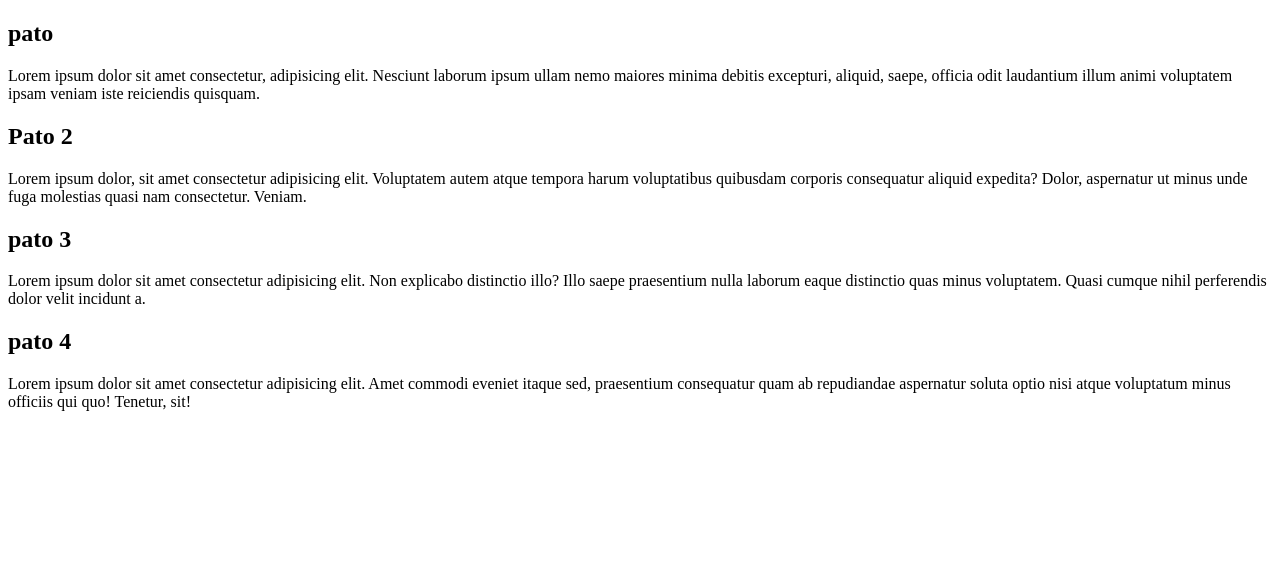
Repository: viviij/Fun-es-Simples-JavaScript
Page: index.html
An editor plug-in stored every save of this project. The page is shown before and after the next save, followed by the edit.
The browser window is 1280 px wide. The pictures show the whole page.

Above is the page before, as saved 2022-08-25 20:34:42.

### index.html
<!DOCTYPE html>
<html lang="ptBR">
  <head>
    <meta charset="UTF-8">
    <meta http-equiv="X-UA-Compatible" content="IE=edge">
    <meta name="viewport" content="width=device-width, initial-scale=1.0">
    <link rel="stylesheet" href="styles.css">
    <title>Prova C3C</title>
  </head>
  <body>
    <div class="container">
      <section class="questao_1">
        <h1>pato</h1>
        <p>Lorem ipsum dolor sit amet consectetur, adipisicing elit. Nesciunt laborum ipsum ullam nemo maiores minima debitis excepturi, aliquid, saepe, officia odit laudantium illum animi voluptatem ipsam veniam iste reiciendis quisquam.</p>
      </section>

      <section class="questao_2">
        <h1>Pato 2</h1>
        <p>Lorem ipsum dolor, sit amet consectetur adipisicing elit. Voluptatem autem atque tempora harum voluptatibus quibusdam corporis consequatur aliquid expedita? Dolor, aspernatur ut minus unde fuga molestias quasi nam consectetur. Veniam.</p>
      </section>

      <section class="questao_3">
        <h1>pato 3</h1>
        <p>Lorem ipsum dolor sit amet consectetur adipisicing elit. Non explicabo distinctio illo? Illo saepe praesentium nulla laborum eaque distinctio quas minus voluptatem. Quasi cumque nihil perferendis dolor velit incidunt a.</p>
      </section>

      <section class="questao_4">
        <h1>pato 4</h1>
        <p>Lorem ipsum dolor sit amet consectetur adipisicing elit. Amet commodi eveniet itaque sed, praesentium consequatur quam ab repudiandae aspernatur soluta optio nisi atque voluptatum minus officiis qui quo! Tenetur, sit!</p>
      </section>
    </div>
    <script src="Prova_Segunda_Etapa_C3C.js"></script>
  </body>
</html>

### styles.css
section .questao_2 {
  max-height: 200px;
  max-width: 200px;
}

Loaded but not shown: Prova_Segunda_Etapa_C3C.js (no stored copy; drawn as an empty file)

After the next save:
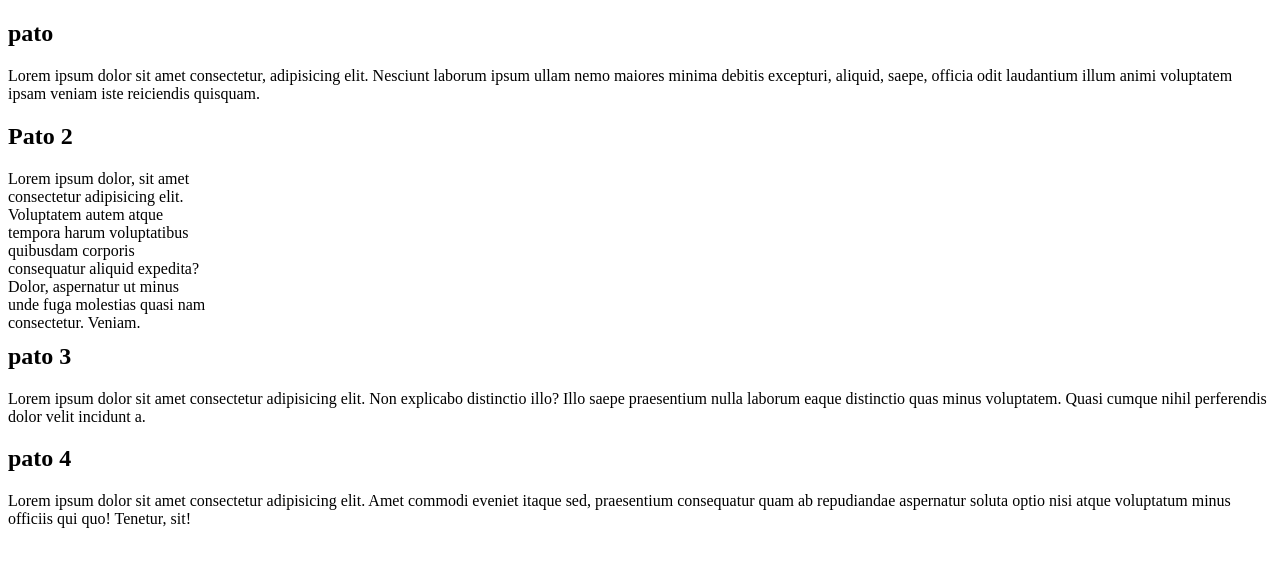
Saved 46 s later.
--- a/styles.css
+++ b/styles.css
@@ -1,4 +1,4 @@
-section .questao_2 {
+.container .questao_2 {
   max-height: 200px;
   max-width: 200px;
 }
